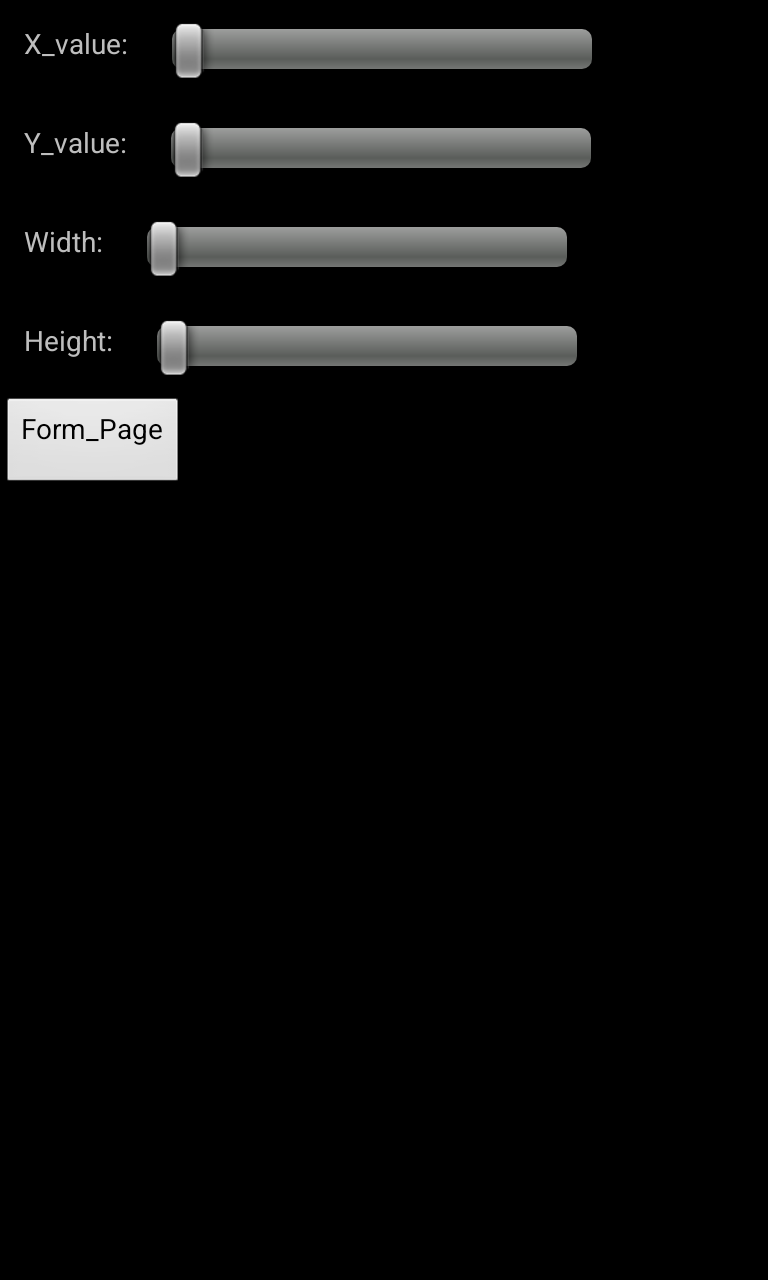
Repository: hzhang15/AndroidForm
Layout: workspace/demo_form_field/res/layout/test.xml
The author's editor kept a copy of each file at every save. The layout is drawn from the files as they stood at one save, then again after the next save.
It is drawn on a 768 x 1280 px phone screen (xhdpi) without system bars, with theme android:Theme; the app's code is not run.

Above is the layout before, as saved 2014-09-21 06:08:53.

After the next save:
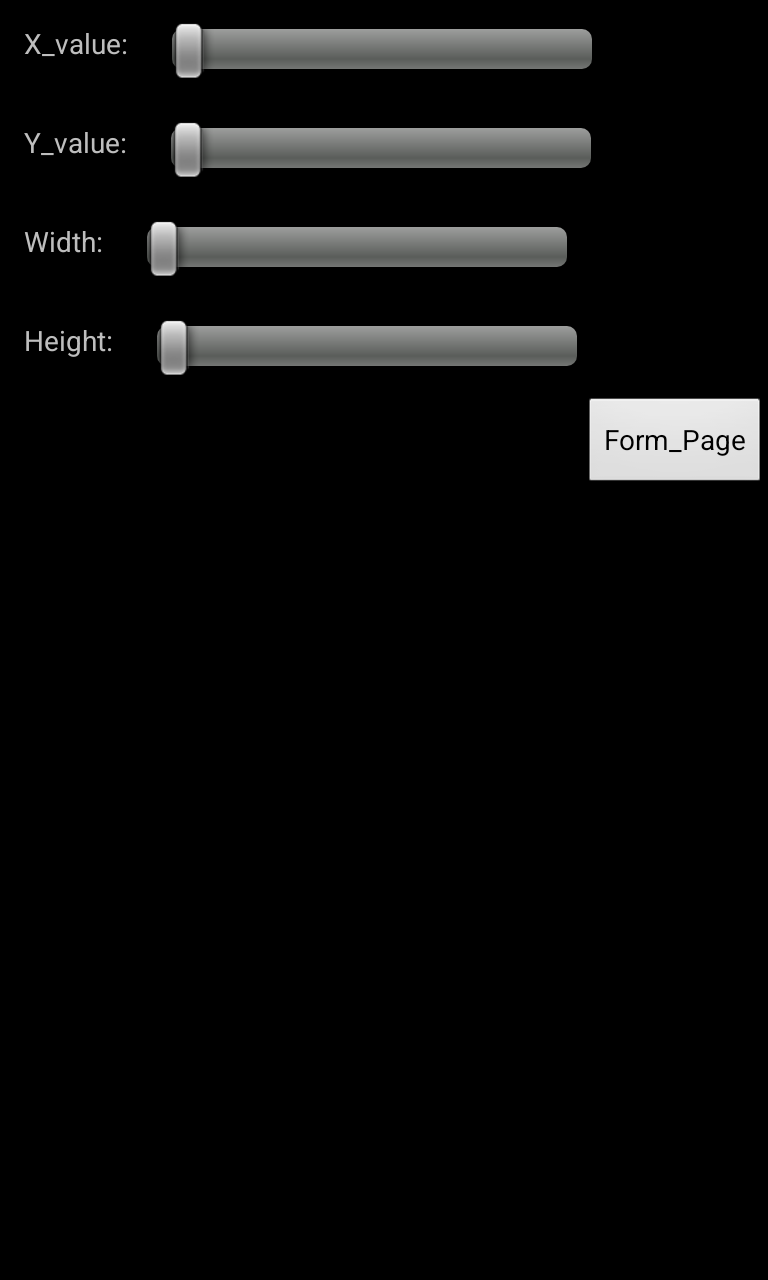
Saved 41 s later.
--- a/workspace/demo_form_field/res/layout/test.xml
+++ b/workspace/demo_form_field/res/layout/test.xml
@@ -100,6 +100,6 @@
         android:layout_width="wrap_content"
         android:layout_height="wrap_content"
         android:text="@string/form_page"
-        android:gravity="left" />
+        android:layout_gravity="right" />
 
 </LinearLayout>
